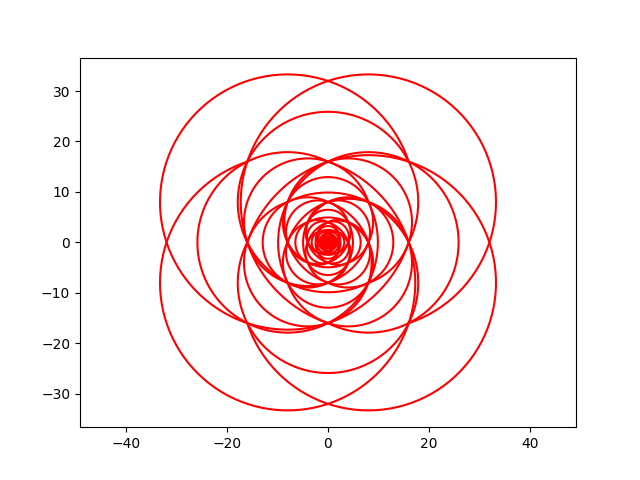
Repository: lbylzkx/Circle-Point-Manuscript
Script's output: python 卍spiral.py
An editor plug-in stored every save of this project. The script's output is shown before and after a run of saves, followed by the edit.
Random numbers start from a fixed seed.

Above is the script's output before, as saved 2023-09-25 16:50:01.

After the next 2 saves:
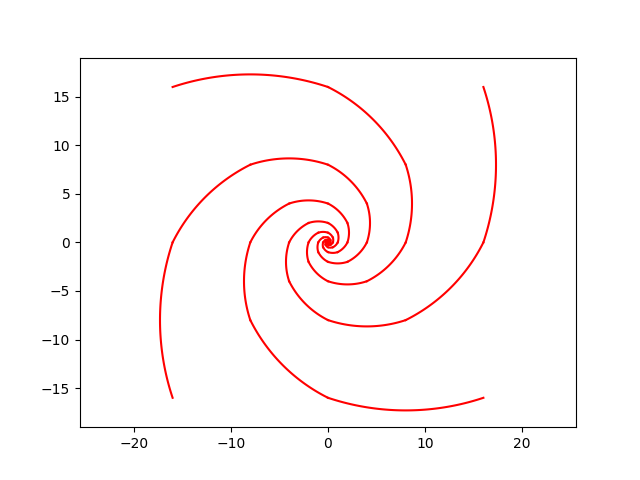
The 2 saves are shown as one change because 1 did not build or start.
The last was saved 2 min 12 s later.
--- a/卍spiral.py
+++ b/卍spiral.py
@@ -74,8 +74,8 @@ def loutus_y_to_inverse(n, thelta=0):
 # clockwise
 for alpha in range(0, 4):
     for n in range(-10, 9):
-        arc((loutus_x_center(n, alpha*np.pi/2), loutus_y_center(n, alpha*np.pi/2)),
-            (x_position(n, alpha*np.pi/2), y_position(n, alpha*np.pi/2)), (loutus_x_to(n, alpha*np.pi/2), loutus_y_to(n, alpha*np.pi/2)), 'r')
+        arc((loutus_x_center(n, alpha*np.pi/2), loutus_y_center(n, alpha*np.pi/2)), (loutus_x_to(n, alpha*np.pi/2), loutus_y_to(n, alpha*np.pi/2)),
+            (x_position(n, alpha*np.pi/2), y_position(n, alpha*np.pi/2)), 'r')
 
 
 # for alpha in range(0, 4):
